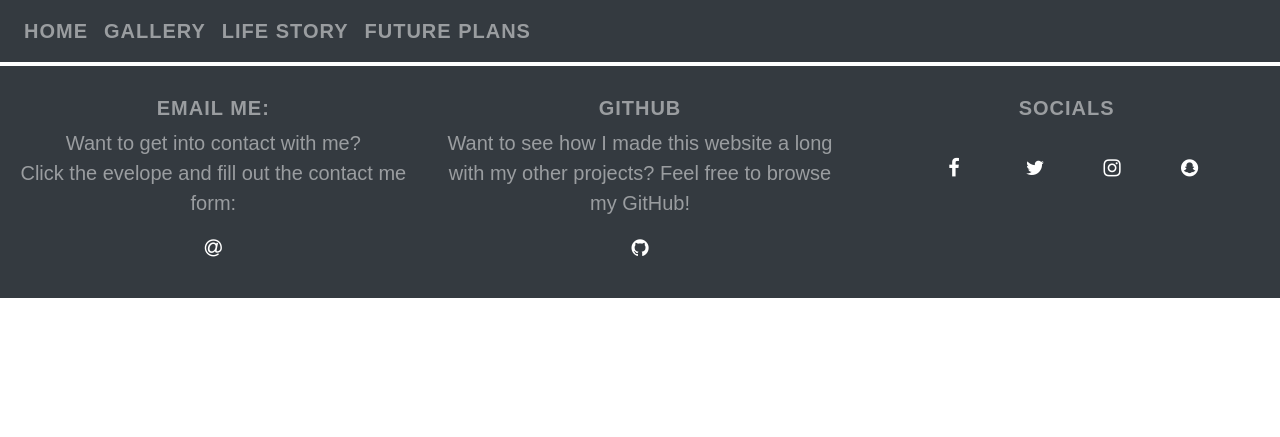
Repository: Code-Institute-Submissions/user-centric-frontend-dev-milestone-project
Page: gallery.html
The author's editor kept a record of every edit. The page is drawn from the files as they stood at one moment, then again after the next edit.
The browser window is 1280 px wide. The pictures show the whole page.
Some web fonts or font styles are not loaded; a fallback is used.

Above is the page before.

### gallery.html
<!DOCTYPE html>
<html lang="en">

<head>
    <meta charset="UTF-8">
    <meta name="viewport" content="width=device-width, initial-scale=1.0">
    <meta http-equiv="X-UA-Compatible" content="ie=edge">
    <link rel="stylesheet" href="assets/css/style.css" type="text/css" />
    <link rel="stylesheet" href="https://stackpath.bootstrapcdn.com/font-awesome/4.7.0/css/font-awesome.min.css" type="text/css" />
    <link rel="stylesheet" href="https://stackpath.bootstrapcdn.com/bootstrap/4.3.1/css/bootstrap.min.css" type="text/css" />
    <title>Will Penrose Autobiography</title>
</head>

<body>
    <header>
        <!--------------------------------------NAVBAR----------------------------->

        <nav class="navbar navbar-expand-sm navbar-dark bg-dark fixed-top text-uppercase">
            <button class="navbar-toggler" data-toggle="collapse" data-target="#collapse_target">
                <span class="navbar-toggler-icon"></span>
            </button>
            <div class="collapse navbar-collapse" id="collapse_target">
                <ul class="navbar-nav">
                    <li class="nav-item">
                        <a class="nav-link" href="index.html">Home</a>
                    </li>
                    <li class="nav-item">
                        <a class="nav-link" href="gallery.html">Gallery</a>
                    </li>
                    <li class="nav-item">
                        <a class="nav-link" href="story.html">Life Story</a>
                    </li>
                    <li class="nav-item">
                        <a class="nav-link" href="plans.html">Future Plans</a>
                    </li>
                </ul>
            </div>
        </nav>

        <!--------------------------------------MAIN CONTENT----------------------------->

        <section class="gallery">
            <div class="container-fluid">
                <div class="row">
                    <div class="col-12">
                        <h1 class="gallery-heading">Gallery</h1>
                    </div>
        </section>

        <!--------------------------------------FOOTER----------------------------------->
        <footer>
            <div class="container-fluid">
                <div class="row">
                    <div class="col-sm-4 footer-paragraph">
                        <h4 class="footer-section text-uppercase">Email Me:</h4>
                        <p>
                            Want to get into contact with me?<br> Click the evelope and fill out the contact me form:
                            <br>
                            <a href="contact.html" target="_blank">
                            <i class="fa fa-at email" aria-hidden="true"></i>
                            <span class="sr-only">Email</span>
                        </a>
                        </p>
                    </div>
                    <div class="col-sm-4 footer-paragraph">
                        <h4 class="footer-section text-uppercase social-links">GitHub</h4>
                        <p>
                            Want to see how I made this website a long with my other projects? Feel free to browse my GitHub!
                            <br>
                            <a href="https://github.com/mrwillpenrose" target="_blank">
                            <i class="fa fa-github" aria-hidden="true"></i>
                            <span class="sr-only">GitHub</span>
                        </a>
                        </p>
                    </div>
                    <div class="col-sm-4 footer-paragraph">
                        <h4 class="footer-section text-uppercase">Socials</h4>
                        <ul class="list-inline social-links">
                            <li class="list-inline-item">
                                <a href="https://www.facebook.com/will.penrose.94" target="_blank">
                                <i class="fa fa-facebook" aria-hidden="true"></i>
                                <span class="sr-only">Facebook</span>
                            </a>
                            </li>
                            <li class="list-inline-item">
                                <a href="https://twitter.com/WillP3nrose" target="_blank">
                                <i class="fa fa-twitter" aria-hidden="true"></i>
                                <span class="sr-only">Twitter</span>
                            </a>
                            </li>
                            <li class="list-inline-item">
                                <a href="https://www.instagram.com/mrwillpenrose/" target="_blank">
                                <i class="fa fa-instagram" aria-hidden="true"></i>
                                <span class="sr-only">Instagram</span>
                            </a>
                            </li>
                            <li class="list-inline-item">
                                <a href="https://imgur.com/5HMoy86" target="_blank">
                                <i class="fa fa-snapchat" aria-hidden="true"></i>
                                <span class="sr-only">Snapchat</span>
                            </a>
                            </li>
                        </ul>
                    </div>
                </div>
            </div>
        </footer>
</body>

</html>

### assets/css/style.css
@import url('https://fonts.googleapis.com/css?family=Odibee+Sans&display=swap:100,200,300,400,500,600,700|PT Sans Narrow:100,200,300,400,500,600,700');

/*---------------------------Navbar*/

.navbar {
    font-family: "Odibee Sans", sans-serif;
    font-size: 20px;
    letter-spacing: 1px;
    font-weight: 600;
}

/*---------------------------General*/

.inline-block {
    display: inline-block;
}

/*---------------------------Home Page Heading*/

.heading {
    text-align: center;
    margin: 0;
    padding-top: 100px;
}

img {
    width: 100%;
    height: 100%;
}

.jumbotron .name {
    font-family: "Odibee Sans", sans-serif;
    font-weight: 500;
    font-size: 60px
}

.jumbotron .title {
    font-family: "PT Sans Narrow", sans-serif;
    font-weight: 300;
    font-size: 40px
}

/*----------------------Home Page Text*/

.paragraph-heading {
    font-family: "Odibee Sans", sans-serif;
    font-size: 50px;
    text-align: center;
    text-decoration: underline;

}

.home-paragraphs {
    font-family: "PT Sans Narrow", sans-serif;
    font-size: 30px;
    width: 100%;
}

/*----------------------Media Quires*/

@media (max-width: 992px) {
    .home-paragraphs {
        padding-top: 20px;
    }
}

/*----------------------Contact Form*/

.contact-title {
    text-align: center;
}

/*----------------------Footer and Socials*/

footer {
    background-color: #343a40;
    color: rgba(255, 255, 255, 0.5);
    margin-top: 10px
}

.footer-paragraph {
    font-family: "PT Sans Narrow", sans-serif;
    text-align: center;
    font-size: 20px;
    font-weight: 400;
}

.footer-section {
    padding-top: 30px;
    text-align: center;
    font-family: "Odibee Sans", sans-serif;
    letter-spacing: 1px;
    font-size: 20px;
    font-weight: 600;
}

/*----------------------Footer Icons*/

.social-links li a i {
    width: 64px;
    height: 64px;
    color: #fff;
    padding: 30px;
}


p a i {
    width: 64px;
    height: 64px;
    color: #fff;
    padding-top: 20px;
}


/*----------------------Story Page*/

.story {
    margin: 0;
    padding-top: 100px;
}

.story-heading {
    font-family: "Odibee Sans", sans-serif;
    font-size: 50px;
    text-align: center;
}

.story-paragraphs {
    font-family: "PT Sans Narrow", sans-serif;
    font-size: 30px;
    display: inline-block;
}


/*----------------------Story Subheadings*/

.birth-subheading {
    font-family: "Odibee Sans", sans-serif;
    font-size: 40px;
    text-align: left;
    text-decoration: underline;
    padding-bottom: 10px
}

.years-subheading {
    font-family: "Odibee Sans", sans-serif;
    font-size: 40px;
    text-align: left;
    text-decoration: underline;
    padding-bottom: 10px
}

.leading-subheading {
    font-family: "Odibee Sans", sans-serif;
    font-size: 40px;
    text-align: left;
    text-decoration: underline;
    padding-bottom: 10px
}

.teen-subheading {
    font-family: "Odibee Sans", sans-serif;
    font-size: 40px;
    text-align: left;
    text-decoration: underline;
    padding-bottom: 10px
}

.present-subheading {
    font-family: "Odibee Sans", sans-serif;
    font-size: 40px;
    text-align: left;
    text-decoration: underline;
    padding-bottom: 10px
}


/*----------------------Family Page*/

.family {
    margin: 0;
    padding-top:100px;
}

.family-heading {
    font-family: "Odibee Sans", sans-serif;
    text-align: center;
    font-size: 50px;
}

After the next edit:
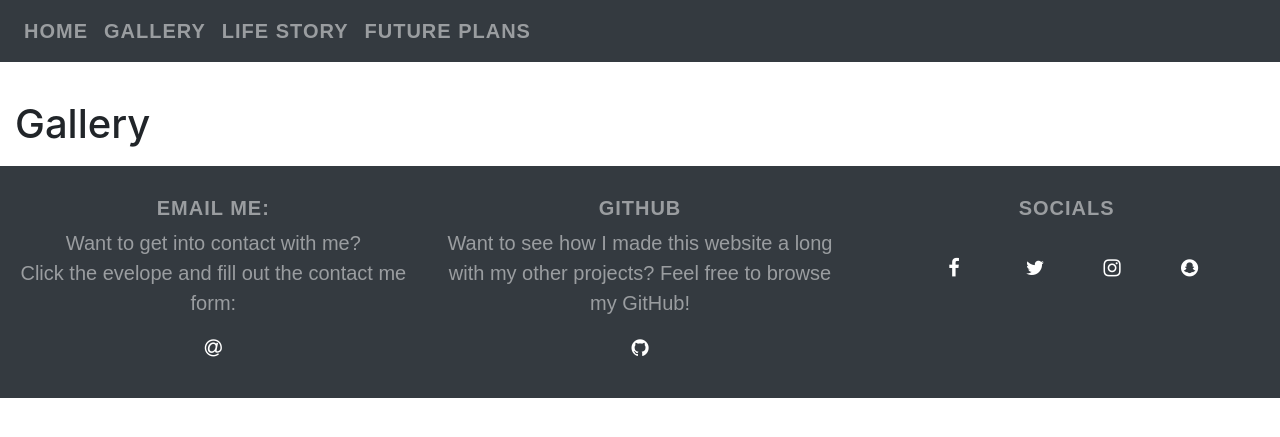
The edit:
--- a/assets/css/style.css
+++ b/assets/css/style.css
@@ -177,7 +177,7 @@
 
 /*----------------------Family Page*/
 
-.family {
+.gallery {
     margin: 0;
     padding-top:100px;
 }
